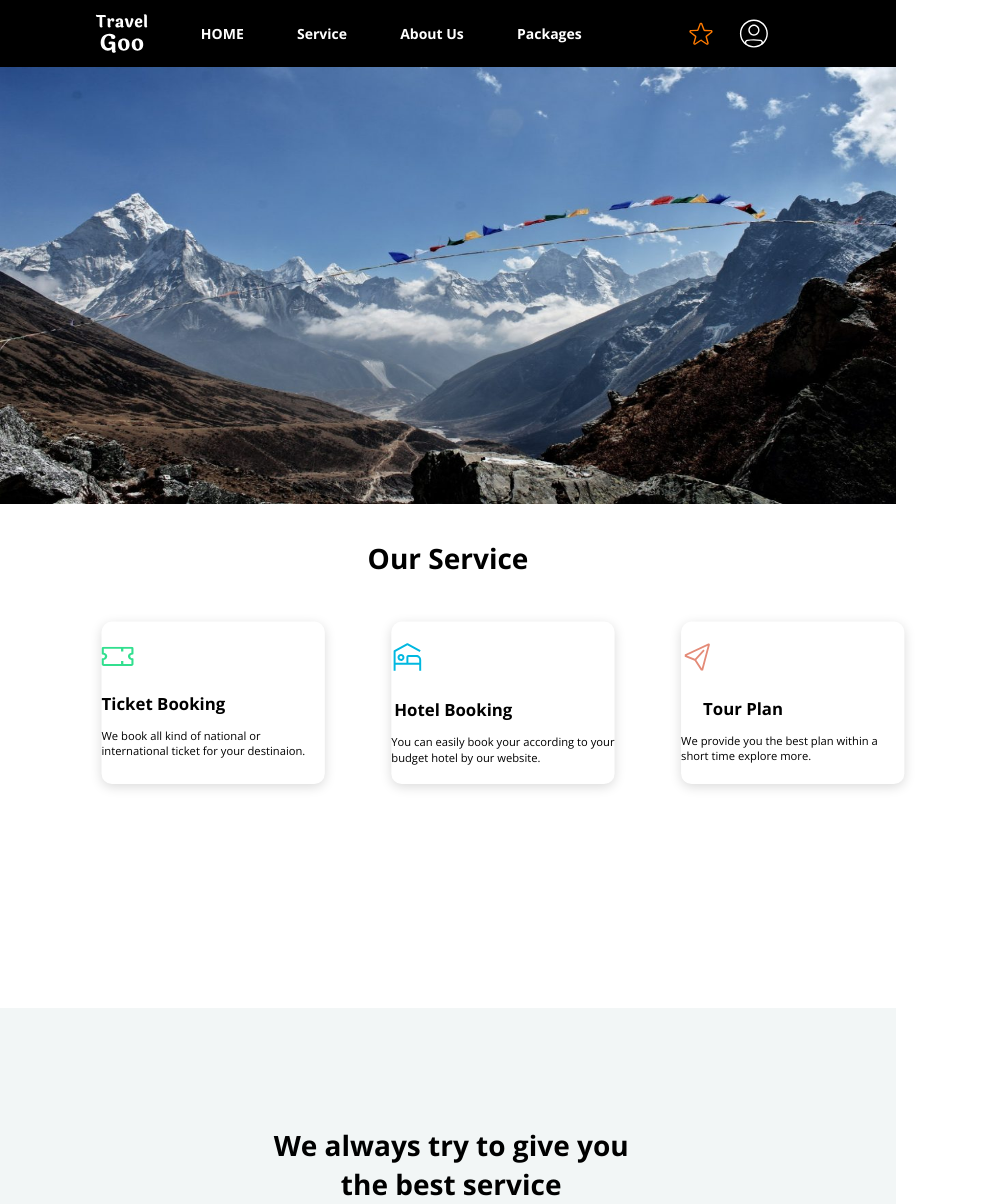
Repository: kubrazamanova/Background-Image
Page: index.html
The author's editor kept a copy of each file at every save. The page is drawn from the files as they stood at one save, then again after a run of saves.
The browser window is 1280 px wide. The page is 1417 px wide, so the pictures cover 1417 px, including what lies to the right of the window. The pictures show the part of the page from y = 0 to 1720 px (the page is 2300 px tall before and 2615 px after), at 70% of full size.

Above is the page before, as saved 2023-10-17 18:45:21.

After the next 2 saves:
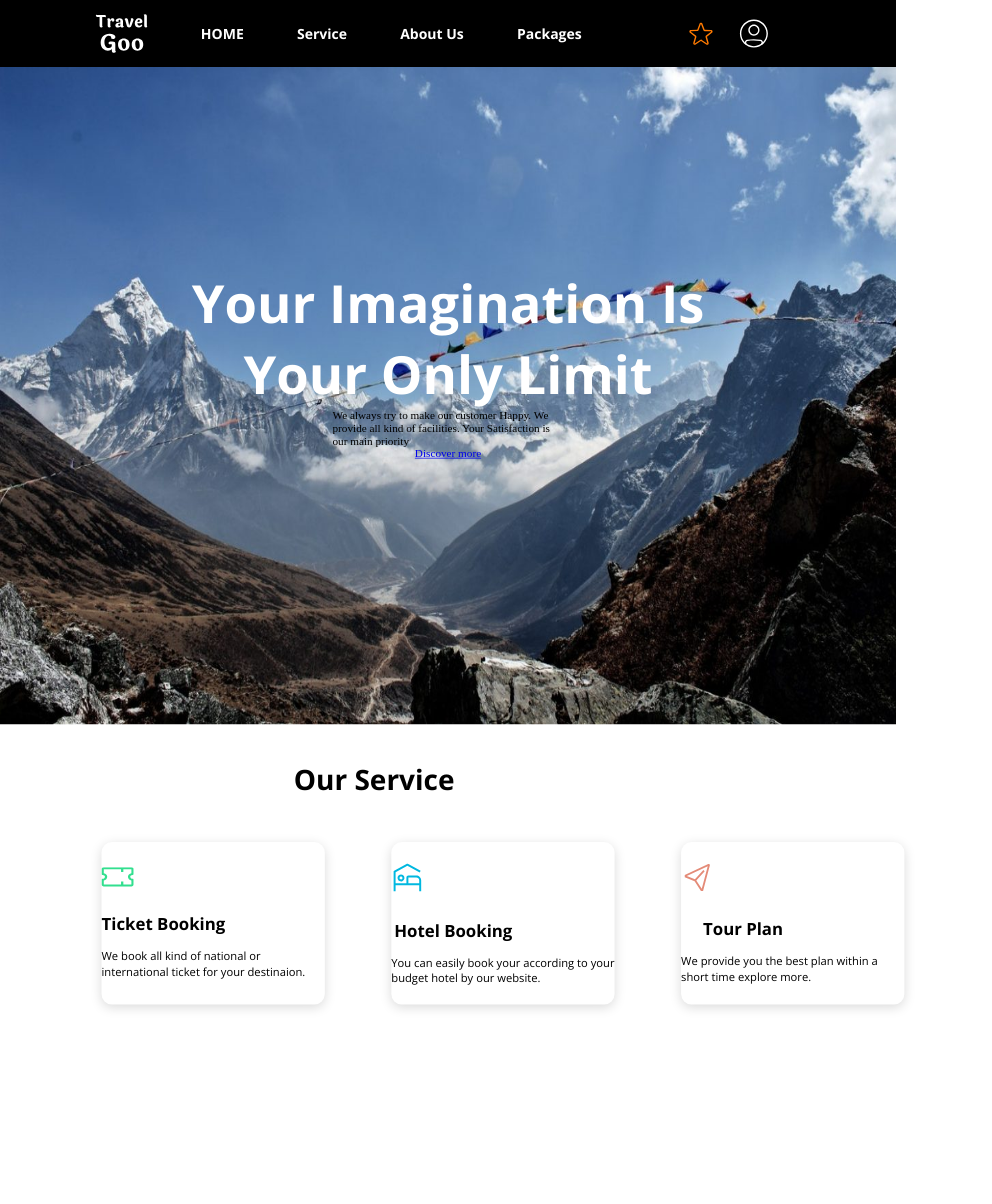
The 2 saves are shown as one change because they came seconds apart.
The last was saved 20 s later.
--- a/index.css
+++ b/index.css
@@ -46,7 +46,7 @@
   margin-right: 34px;
 }
 
-.service-page main {
+main {
   padding: 381px 475px 378px 475px;
   display: flex;
   flex-direction: column;
@@ -54,7 +54,7 @@
   align-items: center;
 }
 
-.service-page h1 {
+ h1 {
   width: 779px;
   color: #fff;
   text-align: center;
